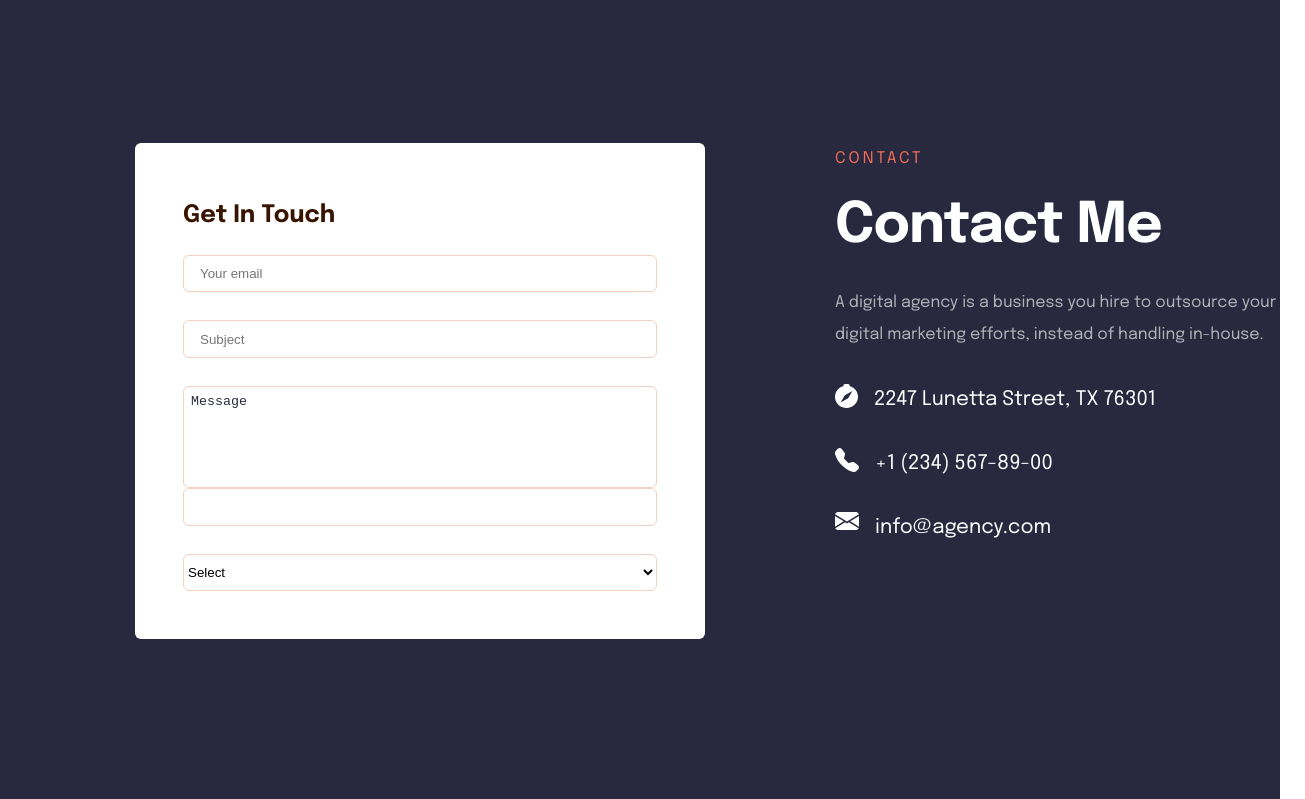
Repository: FaridRustamov09/task20
Page: index.html
The author's editor kept a copy of each file at every save. The page is drawn from the files as they stood at one save, then again after the next save.
The browser window is 1280 px wide. The page is 1305 px wide, so the pictures cover 1305 px, including what lies to the right of the window. The pictures show the whole page.

Above is the page before, as saved 2024-01-13 14:43:38.

After the next save:
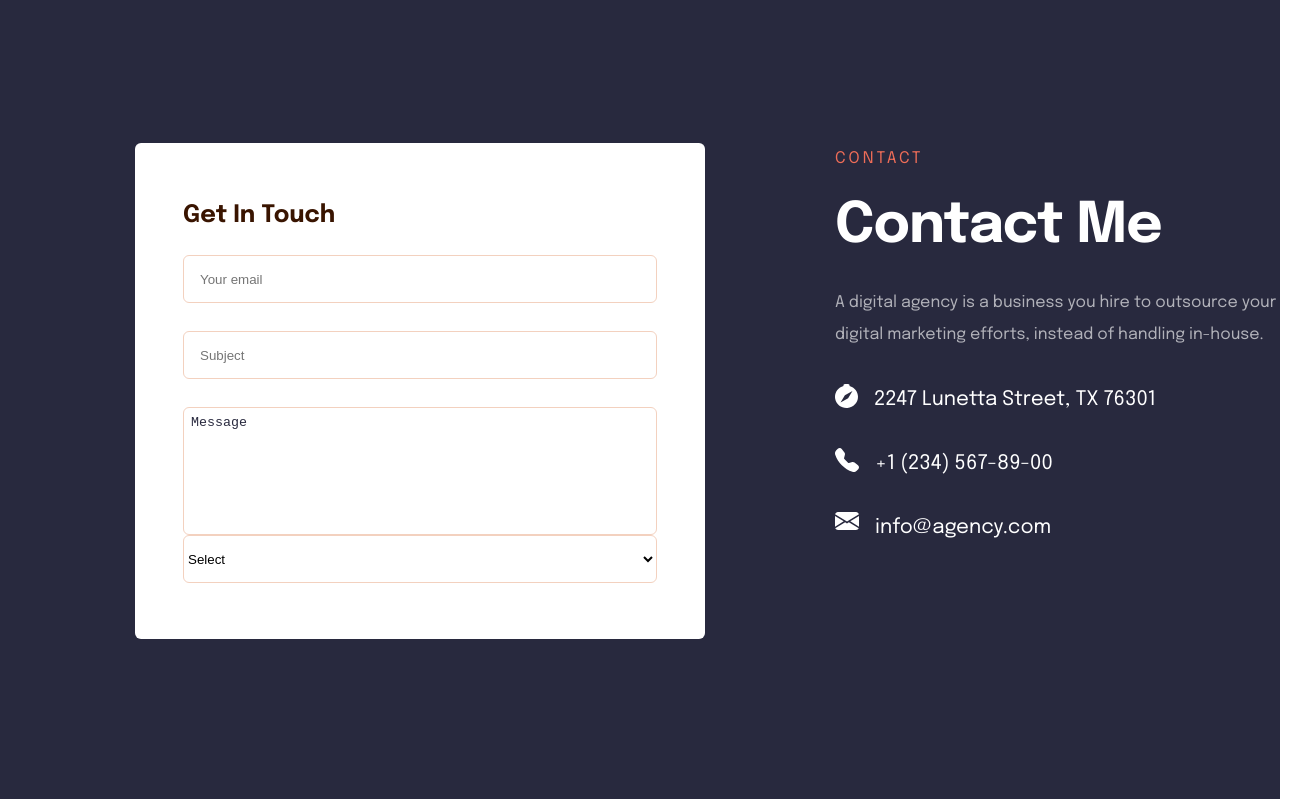
Saved 7 s later.
--- a/index.html
+++ b/index.html
@@ -19,7 +19,6 @@
       </label> -->
         <input type="text" placeholder="Subject" />
         <textarea name="" id=""  placeholder="Message" ></textarea>
-        <input class="button" type="button" placeholder="Submit Now" />
         <select name="" id="" >
           <option value="">Select</option>
           <option value="">A</option>
